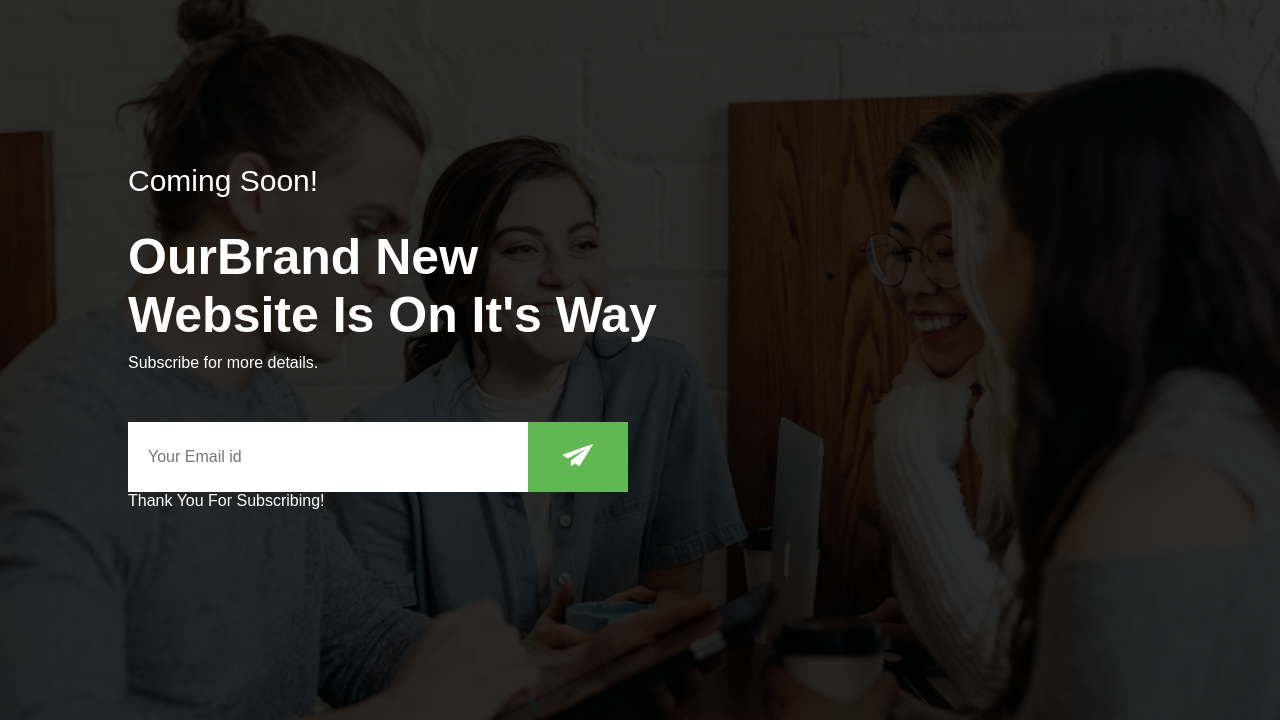
Repository: AbdullahOwais-Dev/Email-Subscription
Page: index.html
The author's editor kept a copy of each file at every save. The page is drawn from the files as they stood at one save, then again after a run of saves.
The browser window is 1280 px wide. The pictures show the whole page.

Above is the page before, as saved 2025-02-07 23:42:13.

After the next 4 saves:
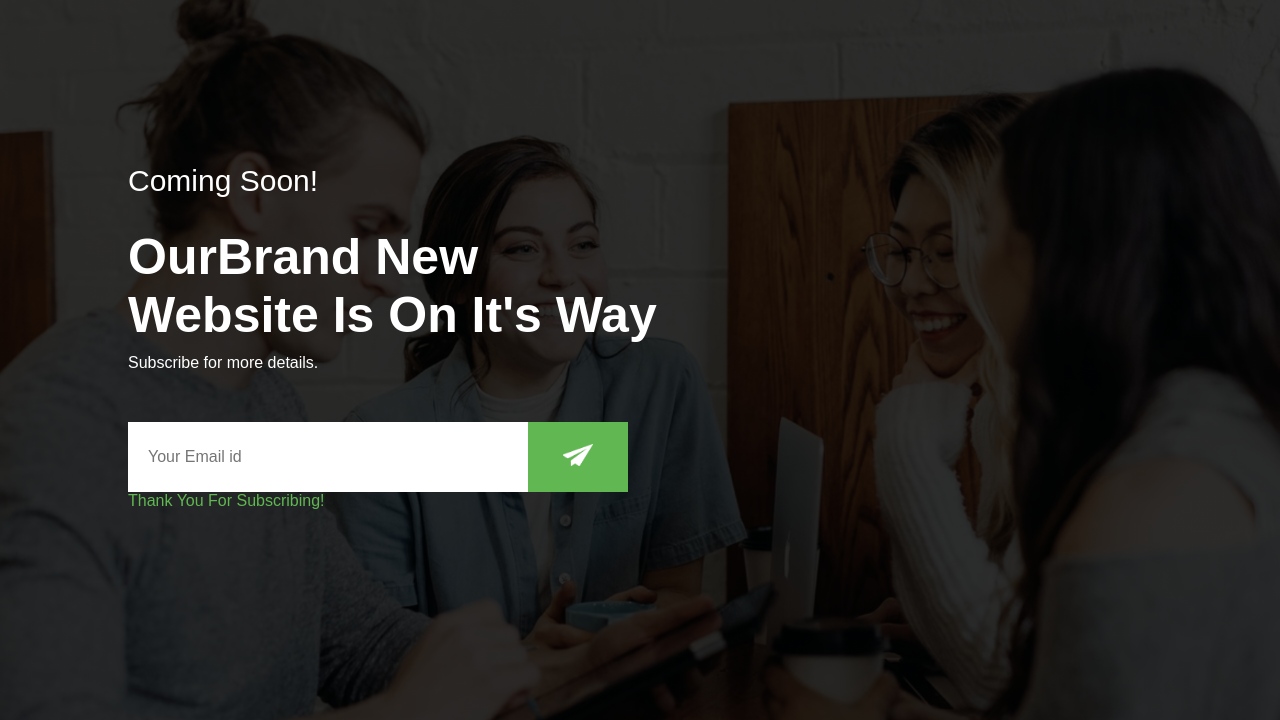
The 4 saves are shown as one change because they came seconds apart.
The last was saved 11 s later.
--- a/style.css
+++ b/style.css
@@ -46,4 +46,7 @@ form button{
     width: 100px;
     cursor: pointer;
 }
-span
+span{
+    color: #61b752;
+    mt
+}
